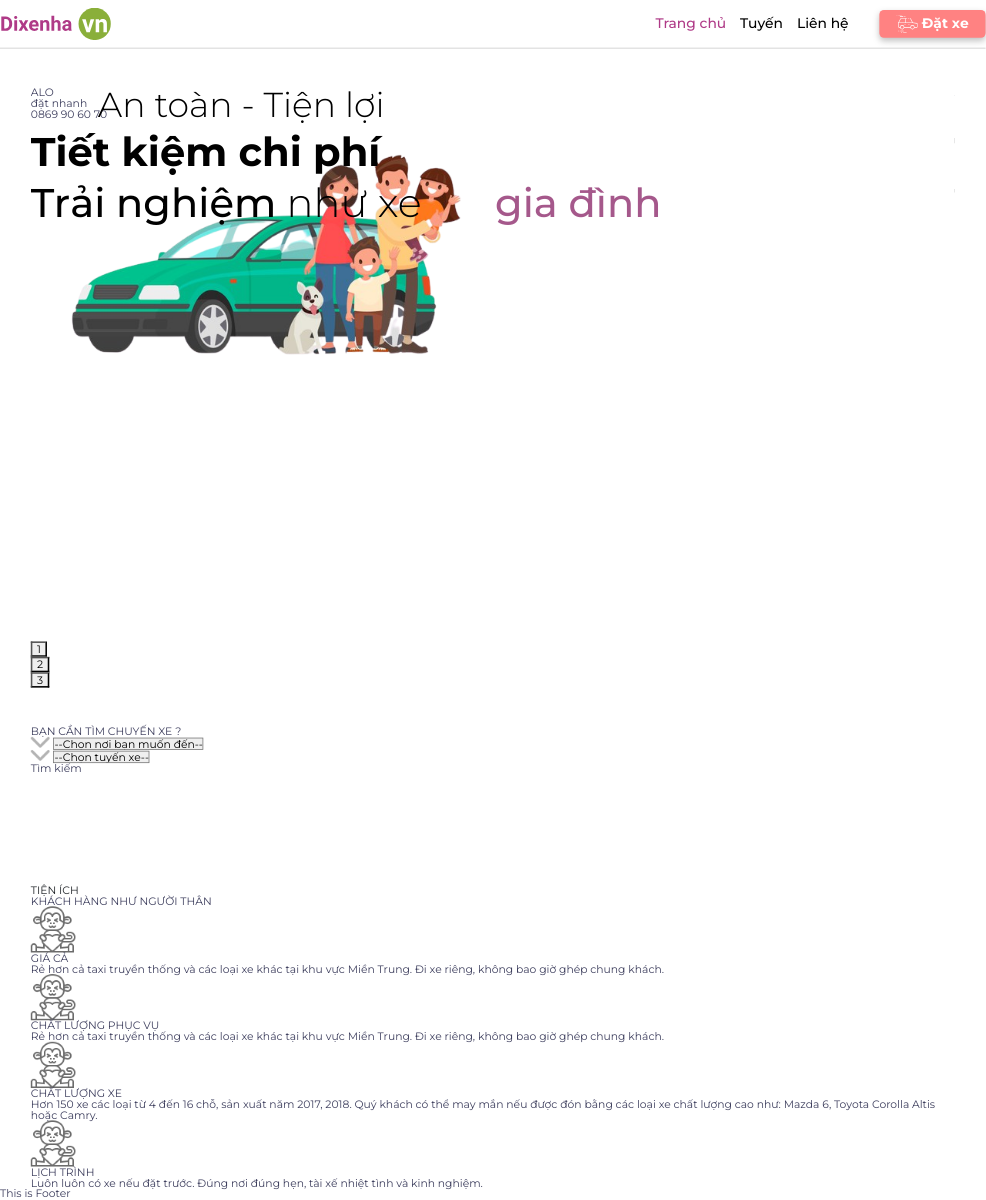
Repository: thanhthien0706/last_project--fe004
Page: lastProductF004/dist/index.html
These files come from the project's save history. The page is drawn as it stood at one moment and after the next save; the edit follows.
The browser window is 1280 px wide. The pictures show the whole page, at 77% of full size.
Some web libraries are served in a nearby version. The style sheet was rebuilt from its Sass, Less or Tailwind sources for each picture, by a compiler version that may differ from the author's.

Above is the page before, as saved 2021-09-16 19:34:25.

After the next save:
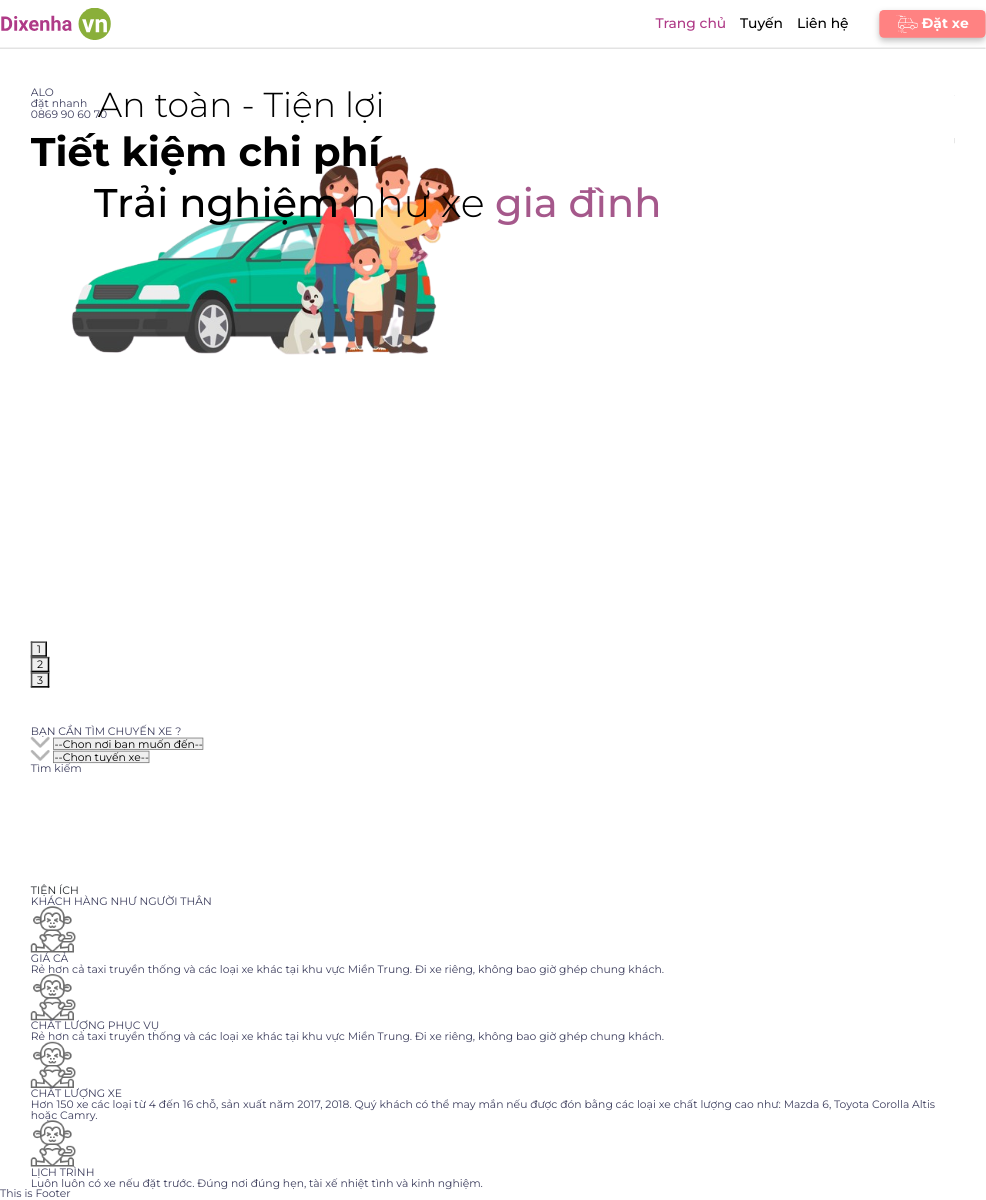
Saved 8 s later.
--- a/lastProductF004/src/styles/pages/_homepage.scss
+++ b/lastProductF004/src/styles/pages/_homepage.scss
@@ -35,13 +35,14 @@ html {
                     font-weight: 300;
                     color: #000;
                     margin-bottom: 14px;
+                    margin-left: 82px;
+
                     .sp_slogan_1{
                         font-weight: 500;
                     }
                     .sp_slogan_2{
                         font-weight:500;
                         color: rgba(135, 32, 100, 0.75);
-                        margin-left: 82px;
                     }
                 }
             }
